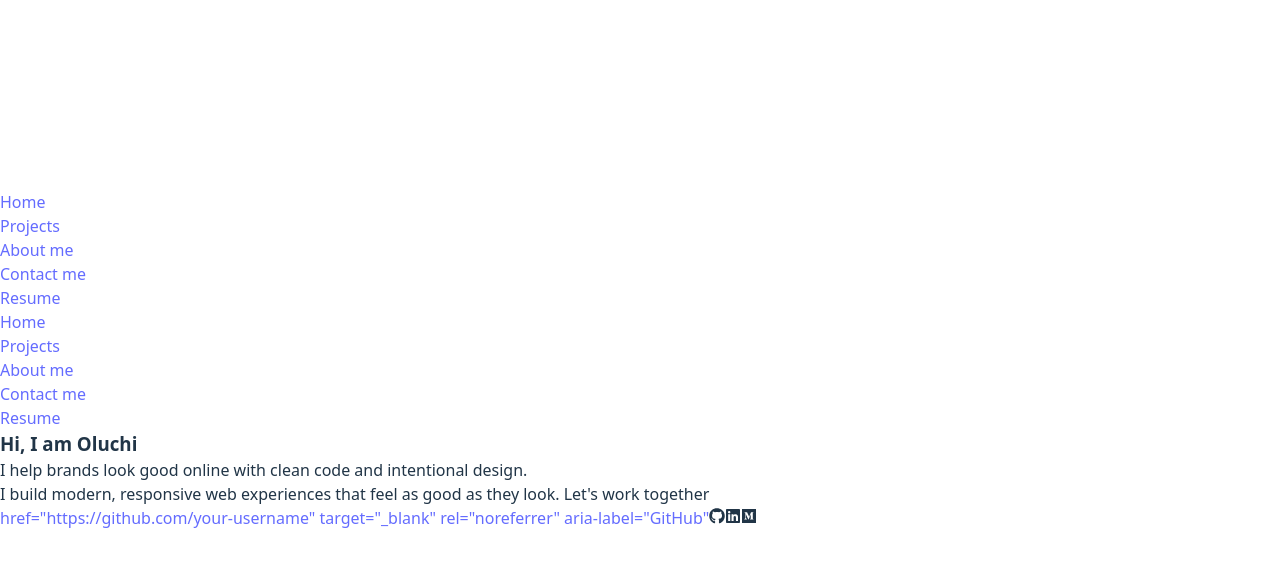
Repository: ooluchi/portfolio_
Page: / (app in my-react-app/)
An editor plug-in stored every save of this project. The page is shown before and after a run of saves, followed by the edit.
The browser window is 1280 px wide. The pictures show the whole page.
The project was rebuilt for these pictures with package versions that can differ from the ones it lists, and the page was loaded fresh each time. Also part of the build but not shown: my-react-app/vite.config.ts.

Above is the page before, as saved 2025-11-16 03:16:04.

### my-react-app/src/App.tsx


import './App.css'
import Home from './components/Home'
import NavBar from './components/NavBar'

export default function App() {

  return (
    <>
    <NavBar />
    <Home />
    </>
  )
}

### my-react-app/src/components/Home.tsx
import NavBar from './NavBar'
import { FaGithub, FaLinkedin, FaMedium } from "react-icons/fa";

export default function Home() {
  return (
    <div>
      <NavBar />
      <div>
        <h3>Hi, I am Oluchi</h3>
        <p>I help brands look good online with clean code and intentional design.</p>
        <p>I build modern, responsive web experiences that feel as good as they look. Let's work together</p>
      </div>
      <div>
        <a>
          href="https://github.com/your-username"
          target="_blank"
          rel="noreferrer"
          aria-label="GitHub"
        </a>
        <FaGithub/>
        <FaLinkedin />
        <FaMedium />
      </div>
    </div>
  )
}

### my-react-app/src/components/NavBar.tsx
import React from 'react'

export default function NavBar() {
  return (
    <nav>
      <div>
        <ul>
          <li><a href="#hero">Home</a></li>
          <li><a href="#projects">Projects</a></li>
          <li><a href="#about">About me</a></li>
          <li><a href="#contact">Contact me</a></li>
          <li><a href="">Resume</a></li>
        </ul>

      </div>

    </nav>
  )
}

Loaded but not shown: my-react-app/index.html (common file); my-react-app/src/main.tsx (common file); my-react-app/src/index.css (common file); my-react-app/src/App.css (common file)

After the next 4 saves:
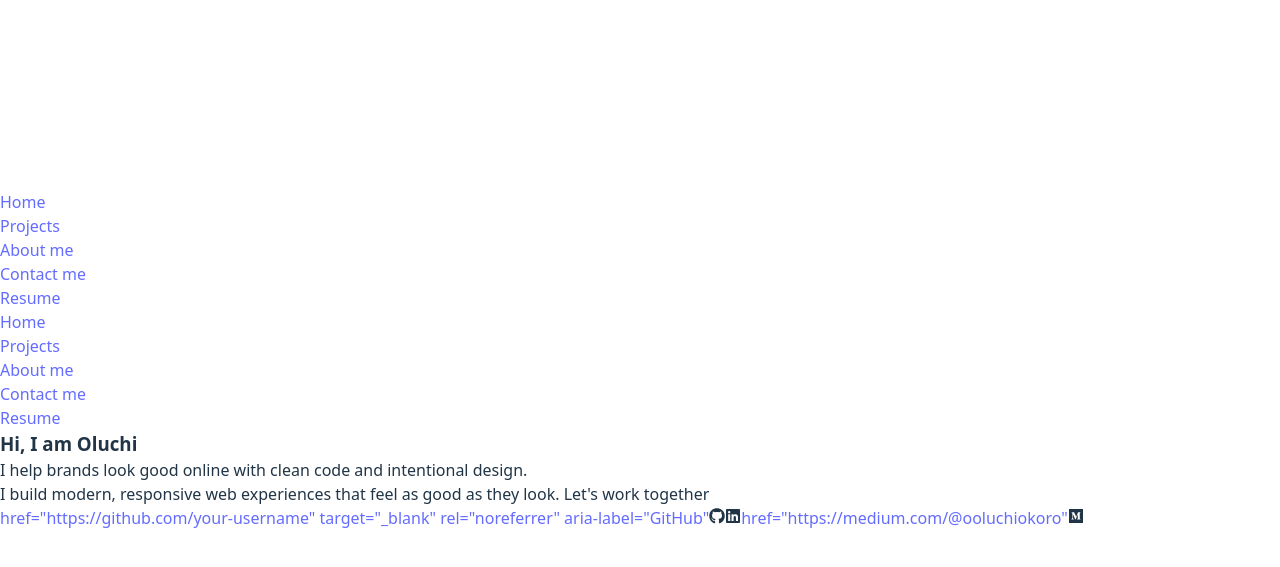
The 4 saves are shown as one change because they came seconds apart.
The last was saved 11 s later.
--- a/my-react-app/src/components/Home.tsx
+++ b/my-react-app/src/components/Home.tsx
@@ -19,6 +19,9 @@ export default function Home() {
         </a>
         <FaGithub/>
         <FaLinkedin />
+        <a>
+          href="https://medium.com/@ooluchiokoro"
+        </a>
         <FaMedium />
       </div>
     </div>
